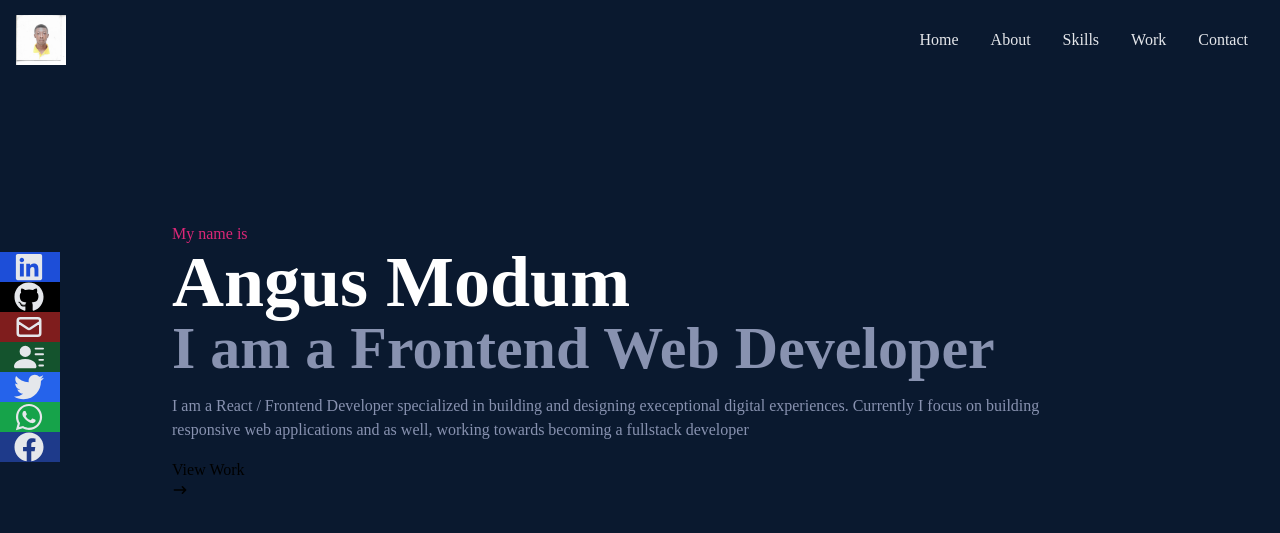
Repository: AngusOnyebuchi/Dashboard
Page: /
These files come from the project's save history. The page is drawn as it stood at one moment and after the next save; the edit follows.
The browser window is 1280 px wide. The pictures show the whole page.
The project was rebuilt for these pictures with package versions that can differ from the ones it lists, and the page was loaded fresh each time.

Above is the page before, as saved 2022-04-13 22:31:41.

### public/index.html
<!DOCTYPE html>
<html lang="en">
  <head>
    <meta charset="utf-8" />
    <link rel="icon" href="%PUBLIC_URL%/favicon.ico" />
    <meta name="viewport" content="width=device-width, initial-scale=1" />
    <meta name="theme-color" content="#000000" />
    <meta
      name="description"
      content="Web site created using create-react-app"
    />
    <link rel="apple-touch-icon" href="%PUBLIC_URL%/logo192.png" />
    <!--
      manifest.json provides metadata used when your web app is installed on a
      user's mobile device or desktop. See https://developers.google.com/web/fundamentals/web-app-manifest/
    -->
    <link rel="manifest" href="%PUBLIC_URL%/manifest.json" />
    <!--
      Notice the use of %PUBLIC_URL% in the tags above.
      It will be replaced with the URL of the `public` folder during the build.
      Only files inside the `public` folder can be referenced from the HTML.

      Unlike "/favicon.ico" or "favicon.ico", "%PUBLIC_URL%/favicon.ico" will
      work correctly both with client-side routing and a non-root public URL.
      Learn how to configure a non-root public URL by running `npm run build`.
    -->
    <title>Tenzies Game</title>
  </head>
  <body>
    <noscript>You need to enable JavaScript to run this app.</noscript>
    <div id="root"></div>
    <!--
      This HTML file is a template.
      If you open it directly in the browser, you will see an empty page.

      You can add webfonts, meta tags, or analytics to this file.
      The build step will place the bundled scripts into the <body> tag.

      To begin the development, run `npm start` or `yarn start`.
      To create a production bundle, use `npm run build` or `yarn build`.
    -->
  </body>
</html>

### src/index.js
import React from "react";
import ReactDOM from "react-dom";
import "./style.css"
import App from "./App";

ReactDOM.render(<App/>, document.getElementById("root"))

### src/style.css
@tailwind base;
@tailwind components;
@tailwind utilities;

@layer base {
    body{
        @apply font-[Railway];
    }
    li {
        @apply px-4;
        @apply cursor-pointer;
    }
}

### src/App.js
import React from "react";
import NavBar from "./components/NavBar"
import Home from "./components/Home"

export default function App() {
    return (
        <div>
          <NavBar/>
          <Home/>
        </div>
    )
}

### src/components/NavBar.js
import React, {useState} from "react";
import {FaBars, FaTimes, FaGithub, FaFacebook, FaTwitter, FaWhatsapp, FaLinkedin} from "react-icons/fa"
import {HiOutlineMail} from "react-icons/hi"
import {BsFillPersonLinesFill} from "react-icons/bs"
import Logo from "../images/passport.jpg"

export default function NavBar() {

  const [nav, setNav] = useState(true)
  const handleClick = () => setNav(!nav)
  return(
    <div className="fixed w-full h-[80px] flex justify-between items-center px-4 bg-[#0a192f] text-gray-200 ">

       <div>
          <img src={Logo} alt="Logo Image" style={{width: "50px"}}/>
       </div>

         {/* Menu */}
         <ul className="hidden md:flex">
            <li>Home</li>
            <li>About</li>
            <li>Skills</li>
            <li>Work</li>
            <li>Contact</li>
         </ul>

       {/* Hamburger */}
       <div onClick={handleClick} className="md:hidden z-10">
          {nav ? <FaBars/> : <FaTimes/>}
       </div>

       {/* Mobile menu*/}
       <ul className={nav ? "hidden" : "absolute top-0 left-0 w-full h-screen bg-inherit flex flex-col justify-center items-center md:hidden"}>
            <li className="py-6 text-4xl">Home</li>
            <li className="py-6 text-4xl">About</li>
            <li className="py-6 text-4xl">Skills</li>
            <li className="py-6 text-4xl">Work</li>
            <li className="py-6 text-4xl">Contact</li>
       </ul>

       {/**Social Icons */}
       <div className="hidden lg:flex fixed flex-col top-[35%] left-0">
         <ul>

           <li className="w-[160px] h-60px flex justify-between items-center ml-[-100px] hover:ml-[-10px] duration-300 bg-blue-700">
             <a className="flex justify-between items-center w-full text-gray-200 "
                href="/">
               LinkedIn <FaLinkedin size={30}/>
             </a>
           </li>

           <li className="w-[160px] h-60px flex justify-between items-center ml-[-100px] hover:ml-[-10px] duration-300 bg-black">
             <a className="flex justify-between items-center w-full text-gray-200 "
                href="/">
               Github <FaGithub size={30}/>
             </a>
           </li>

           <li className="w-[160px] h-60px flex justify-between items-center ml-[-100px] hover:ml-[-10px] duration-300 bg-red-900">
             <a className="flex justify-between items-center w-full text-gray-200 "
                href="/">
               Email <HiOutlineMail size={30}/>
             </a>
           </li>

           <li className="w-[160px] h-60px flex justify-between items-center ml-[-100px] hover:ml-[-10px] duration-300 bg-green-900">
             <a className="flex justify-between items-center w-full text-gray-200 "
                href="/">
               Resume <BsFillPersonLinesFill size={30}/>
             </a>
           </li>

           <li className="w-[160px] h-60px flex justify-between items-center ml-[-100px] hover:ml-[-10px] duration-300 bg-blue-600">
             <a className="flex justify-between items-center w-full text-gray-200 "
                href="/">
               Twitter <FaTwitter size={30}/>
             </a>
           </li>

           <li className="w-[160px] h-60px flex justify-between items-center ml-[-100px] hover:ml-[-10px] duration-300 bg-green-600">
             <a className="flex justify-between items-center w-full text-gray-200 "
                href="/">
               Whatsapp <FaWhatsapp size={30}/>
             </a>
           </li>

           <li className="w-[160px] h-60px flex justify-between items-center ml-[-100px] hover:ml-[-10px] duration-300 bg-blue-900">
             <a className="flex justify-between items-center w-full text-gray-200 "
                href="/">
               Facebook <FaFacebook size={30}/>
             </a>
           </li>

         </ul>
       </div>

    </div>
  )
}

### src/components/Home.js
import React from "react";
import { HiArrowNarrowRight} from "react-icons/hi"

export default function Home() {
    return (
        <div name="home" className="w-full h-screen bg-[#0a192f] ">

            {/** Container */}
            <div className="max-w-[1000px] mx-auto px-8 flex flex-col justify-center h-full">
               <p className="text-pink-600">My name is</p>
               <h1 className="text-4xl sm:text-7xl font-bold text-white">Angus Modum</h1>
               <h2 className="text-4xl sm:text-6xl font-bold text-[#8892b0]">I am a Frontend Web Developer </h2>
               <p className="text-[#8892b0] py-4">I am a React / Frontend Developer specialized in building and designing execeptional digital experiences. Currently I focus on building responsive web applications and as well, working towards becoming a fullstack developer</p>
               <div>
                   <button>View Work <HiArrowNarrowRight/> </button>
               </div>
            </div>
        </div>
    )
}

Loaded but not shown: tailwind.config.js (common file)

After the next save:
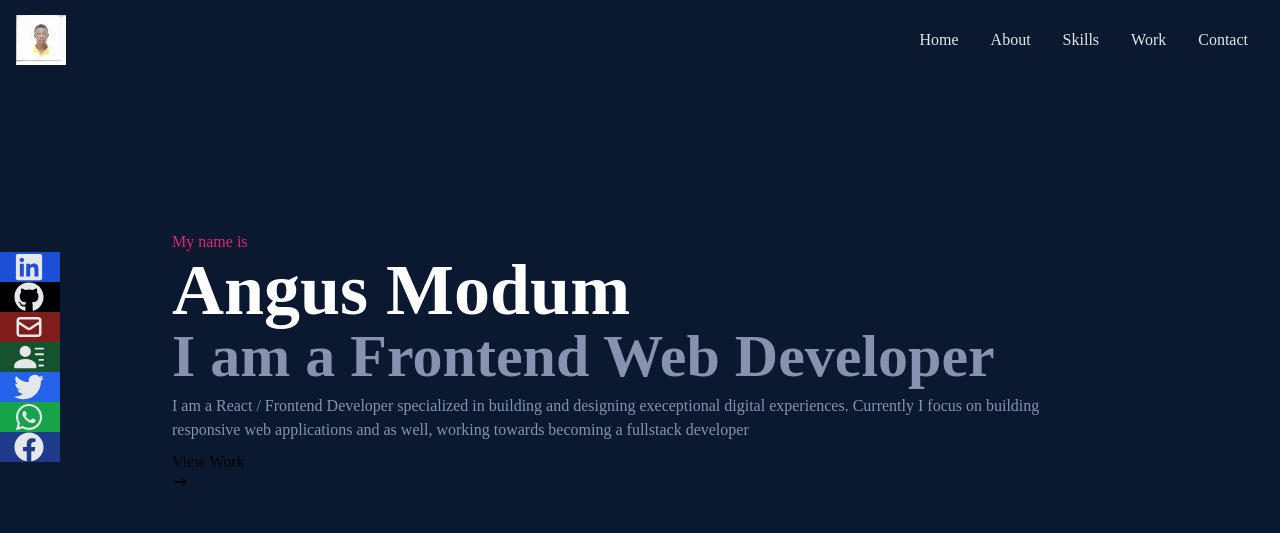
Saved 7 s later.
--- a/src/components/Home.js
+++ b/src/components/Home.js
@@ -10,7 +10,7 @@
                <p className="text-pink-600">My name is</p>
                <h1 className="text-4xl sm:text-7xl font-bold text-white">Angus Modum</h1>
                <h2 className="text-4xl sm:text-6xl font-bold text-[#8892b0]">I am a Frontend Web Developer </h2>
-               <p className="text-[#8892b0] py-4">I am a React / Frontend Developer specialized in building and designing execeptional digital experiences. Currently I focus on building responsive web applications and as well, working towards becoming a fullstack developer</p>
+               <p className="text-[#8892b0] py-2">I am a React / Frontend Developer specialized in building and designing execeptional digital experiences. Currently I focus on building responsive web applications and as well, working towards becoming a fullstack developer</p>
                <div>
                    <button>View Work <HiArrowNarrowRight/> </button>
                </div>

After the save that followed:
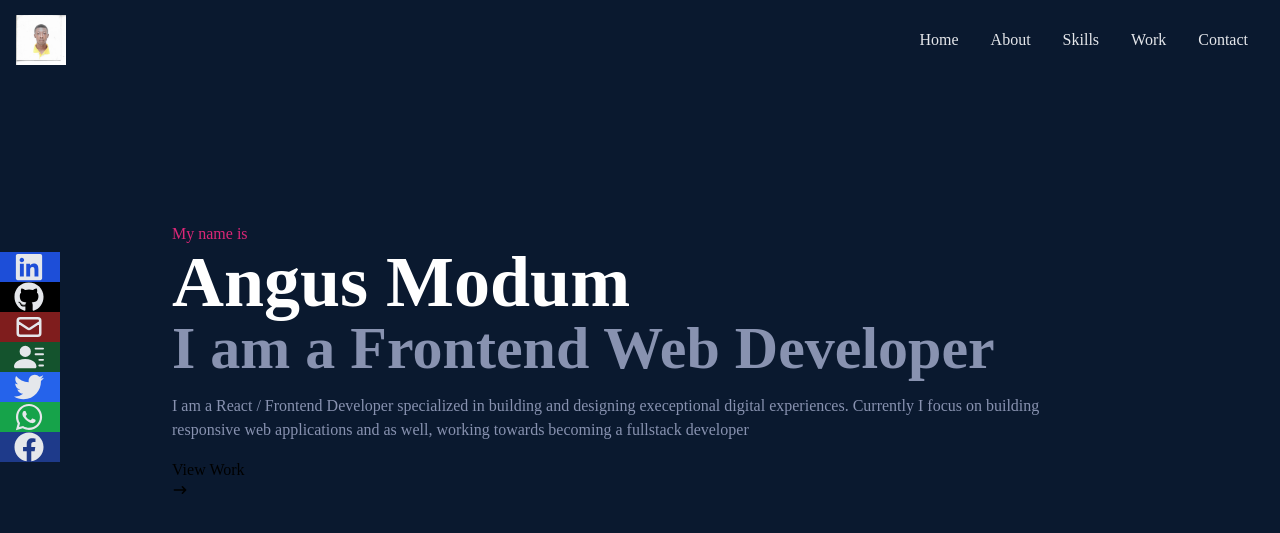
Saved 7 s later.
--- a/src/components/Home.js
+++ b/src/components/Home.js
@@ -10,7 +10,7 @@
                <p className="text-pink-600">My name is</p>
                <h1 className="text-4xl sm:text-7xl font-bold text-white">Angus Modum</h1>
                <h2 className="text-4xl sm:text-6xl font-bold text-[#8892b0]">I am a Frontend Web Developer </h2>
-               <p className="text-[#8892b0] py-2">I am a React / Frontend Developer specialized in building and designing execeptional digital experiences. Currently I focus on building responsive web applications and as well, working towards becoming a fullstack developer</p>
+               <p className="text-[#8892b0] py-4">I am a React / Frontend Developer specialized in building and designing execeptional digital experiences. Currently I focus on building responsive web applications and as well, working towards becoming a fullstack developer</p>
                <div>
                    <button>View Work <HiArrowNarrowRight/> </button>
                </div>
